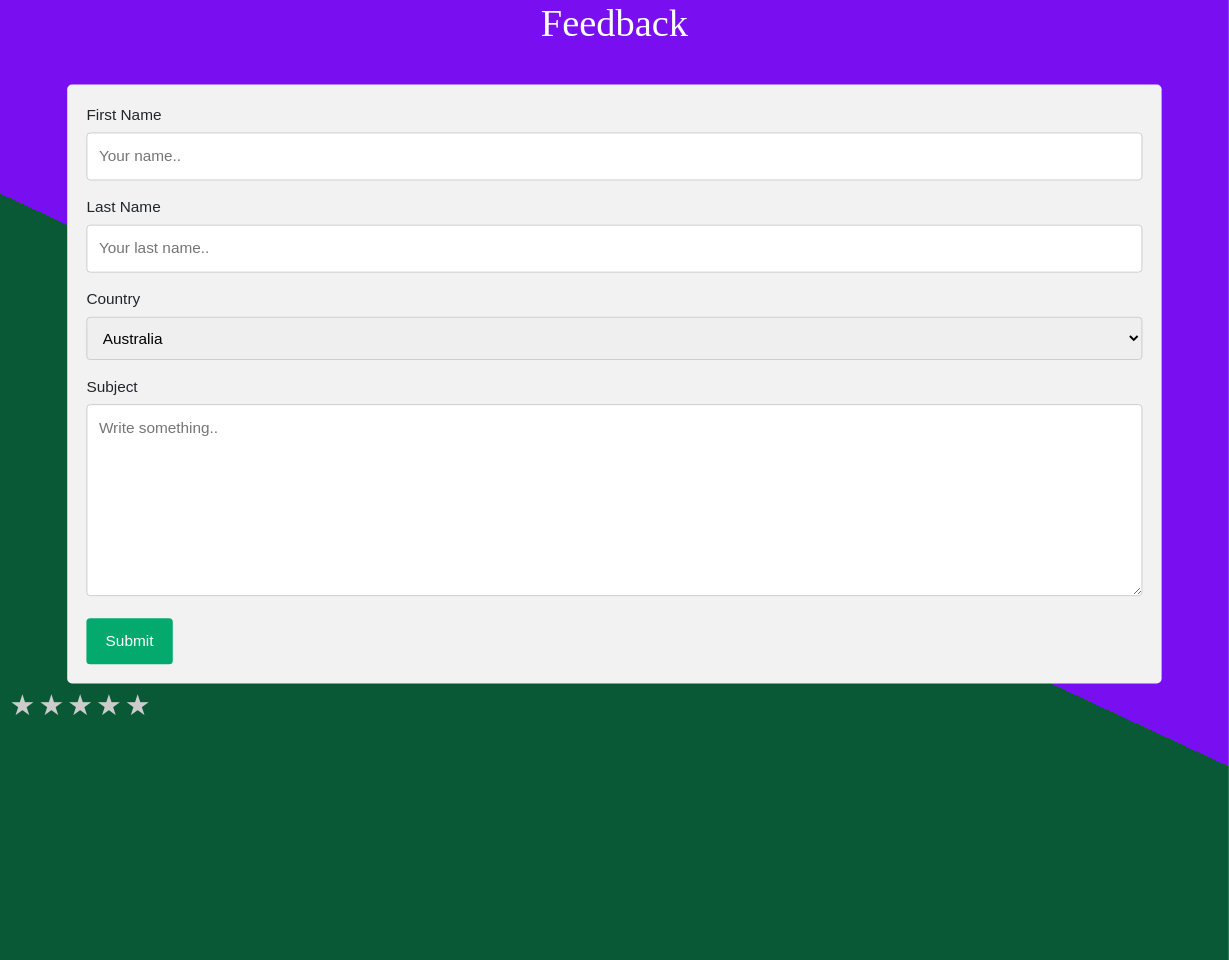
Repository: poornasyamasundar/Software-Project-Manager
Page: SoftwareManager/Templates/feedback.html
These files come from the project's save history. The page is drawn as it stood at one moment and after the next save; the edit follows.
The browser window is 1280 px wide. The pictures show the whole page, at 96% of full size.

Above is the page before, as saved 2021-10-23 20:58:02.

### SoftwareManager/Templates/feedback.html
<!DOCTYPE html>
<html>
	<head>
		<link rel = 'stylesheet' href = 'newProject.css'>
		<link href="https://cdn.jsdelivr.net/npm/bootstrap@5.0.2/dist/css/bootstrap.min.css" rel="stylesheet" integrity="sha384-EVSTQN3/azprG1Anm3QDgpJLIm9Nao0Yz1ztcQTwFspd3yD65VohhpuuCOmLASjC" crossorigin="anonymous">
		<title>
			Feedback
		</title>
        <style>
            body {font-family: Arial, Helvetica, sans-serif;}
            * {box-sizing: border-box;}

            input[type=text], select, textarea {
              width: 100%;
              padding: 12px;
              border: 1px solid #ccc;
              border-radius: 4px;
              box-sizing: border-box;
              margin-top: 6px;
              margin-bottom: 16px;
              resize: vertical;
            }

            input[type=submit] {
              background-color: #04AA6D;
              color: white;
              padding: 12px 20px;
              border: none;
              border-radius: 4px;
              cursor: pointer;
            }

            input[type=submit]:hover {
              background-color: #45a049;
            }

            .container {
              border-radius: 5px;
              background-color: #f2f2f2;
              padding: 20px;
              margin-top: 40px;
            }



            *{
                margin: 0;
                padding: 0;
            }
            .rate {
                float: left;
                height: 46px;
                padding: 0 10px;
            }
            .rate:not(:checked) > input {
                position:absolute;
                top:-9999px;
            }
            .rate:not(:checked) > label {
                float:right;
                width:1em;
                overflow:hidden;
                white-space:nowrap;
                cursor:pointer;
                font-size:30px;
                color:#ccc;
            }
            .rate:not(:checked) > label:before {
                content: '★ ';
            }
            .rate > input:checked ~ label {
                color: #ffc700;
            }
            .rate:not(:checked) > label:hover,
            .rate:not(:checked) > label:hover ~ label {
                color: #deb217;
            }
            .rate > input:checked + label:hover,
            .rate > input:checked + label:hover ~ label,
            .rate > input:checked ~ label:hover,
            .rate > input:checked ~ label:hover ~ label,
            .rate > label:hover ~ input:checked ~ label {
                color: #c59b08;
            }
            </style>
	</head>
	<body>
        <h1 align="center" style="font-family:serif; font-size: 40px;">Feedback</h1>

<div class="container">
  <form action="">
    <label for="fname">First Name</label>
    <input type="text" id="fname" name="firstname" placeholder="Your name..">

    <label for="lname">Last Name</label>
    <input type="text" id="lname" name="lastname" placeholder="Your last name..">

    <label for="country">Country</label>
    <select id="country" name="country">
      <option value="australia">Australia</option>
      <option value="canada">Canada</option>
      <option value="usa">USA</option>
    </select>

    <label for="subject">Subject</label>
    <textarea id="subject" name="subject" placeholder="Write something.." style="height:200px"></textarea>

    <input type="submit" value="Submit">
  </form>
</div>
<div class="rate">
    <input type="radio" id="star5" name="rate" value="5" />
    <label for="star5" title="text">5 stars</label>
    <input type="radio" id="star4" name="rate" value="4" />
    <label for="star4" title="text">4 stars</label>
    <input type="radio" id="star3" name="rate" value="3" />
    <label for="star3" title="text">3 stars</label>
    <input type="radio" id="star2" name="rate" value="2" />
    <label for="star2" title="text">2 stars</label>
    <input type="radio" id="star1" name="rate" value="1" />
    <label for="star1" title="text">1 star</label>
  </div>
    </body>
</html>

### SoftwareManager/Templates/newProject.css
body
{
	background-color: lightpink;
}
#homeMenu
{
	width: 100%;
	height: 80px;
	background-color: lightblue;
}
#logo
{
	width: 30vw;
	height: 80px;
	display: inline-block;
	background-color: lightgreen;
}
#goback
{
	width: 80px;
	height: 80px;
	display: inline-block;
	float: right;
	background-color: red;
}
#help
{
	width: 80px;
	height: 80px;
	display: inline-block;
	float: right;
	background-color: lightgreen;
}/*
#newProjectBox
{
	background-color: purple;
	width: 400px;
	margin: auto;
	height: 300px;
	margin-top: 10px;
	padding-top: 10px;
}
#create
{
	height: 40px;
	width: 100px;
	margin: auto;
	margin-top: 10px;
	background-color: yellow;
}
#name, #model, #contributors, #repositorylink
{
	height: 40px;
	width: 300px;
	margin: auto;
	margin-top: 10px;
	background-color: yellow;
} */

body {
	background-color: #4BDBC3;
	background-image: -webkit-linear-gradient(65deg, #095836  50%,  #790ff1 50%); /*#4aeaf0 #f05151 #F8F7DE*/
	min-height: 1000px;
  }

  #ui {
	background-color: #333;
	padding: 30px;
	margin-top: 50px;
	border-radius: 10px;
	opacity: 0.9;
	font-weight: bold;
  }

  #ui label,
  h1 {
	color: #fff;
  }

After the next save:
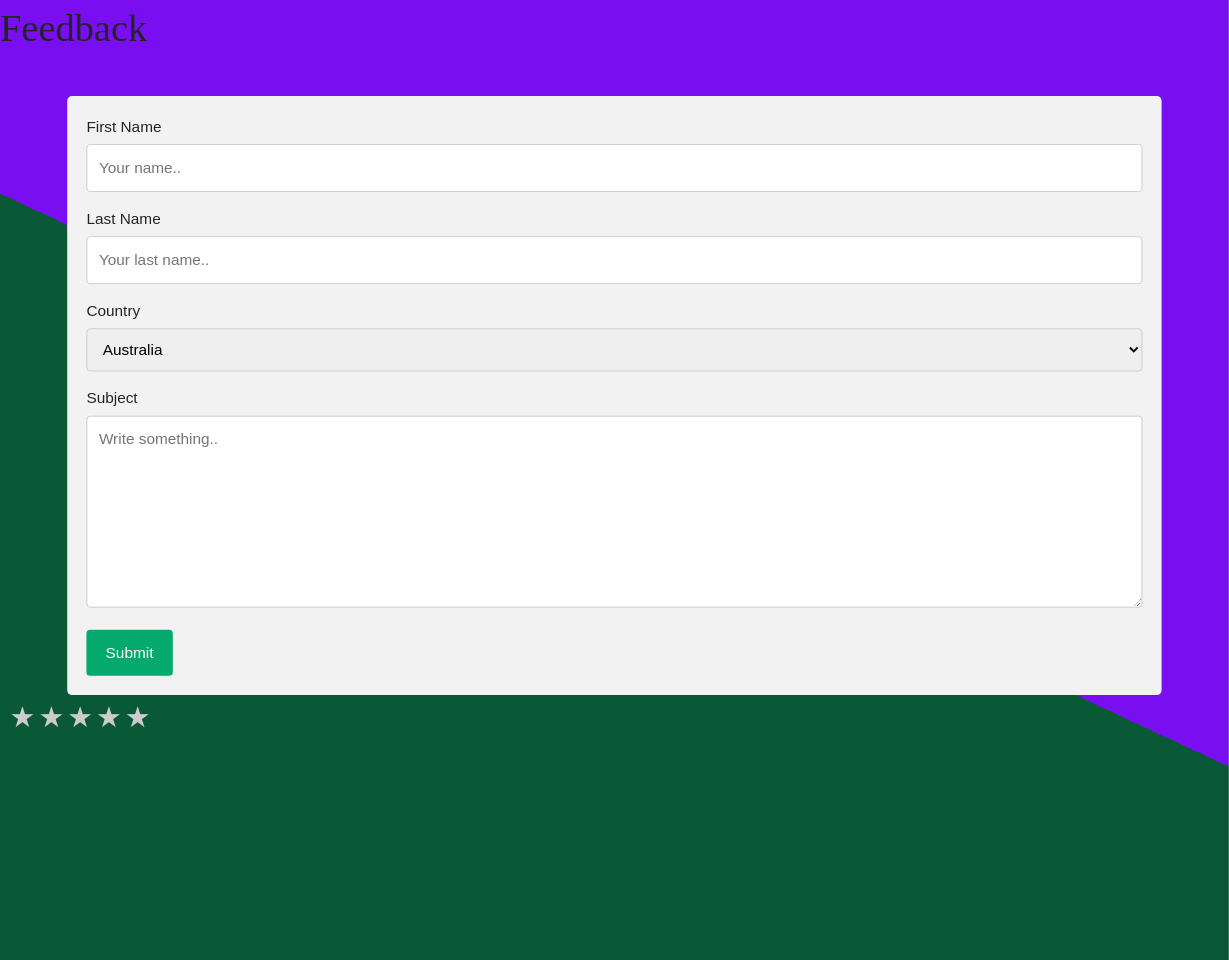
Saved 47 s later.
--- a/SoftwareManager/Templates/feedback.html
+++ b/SoftwareManager/Templates/feedback.html
@@ -85,7 +85,7 @@
             </style>
 	</head>
 	<body>
-        <h1 align="center" style="font-family:serif; font-size: 40px;">Feedback</h1>
+        <p style="font-family:serif; font-size: 40px;">Feedback</p>
 
 <div class="container">
   <form action="">
